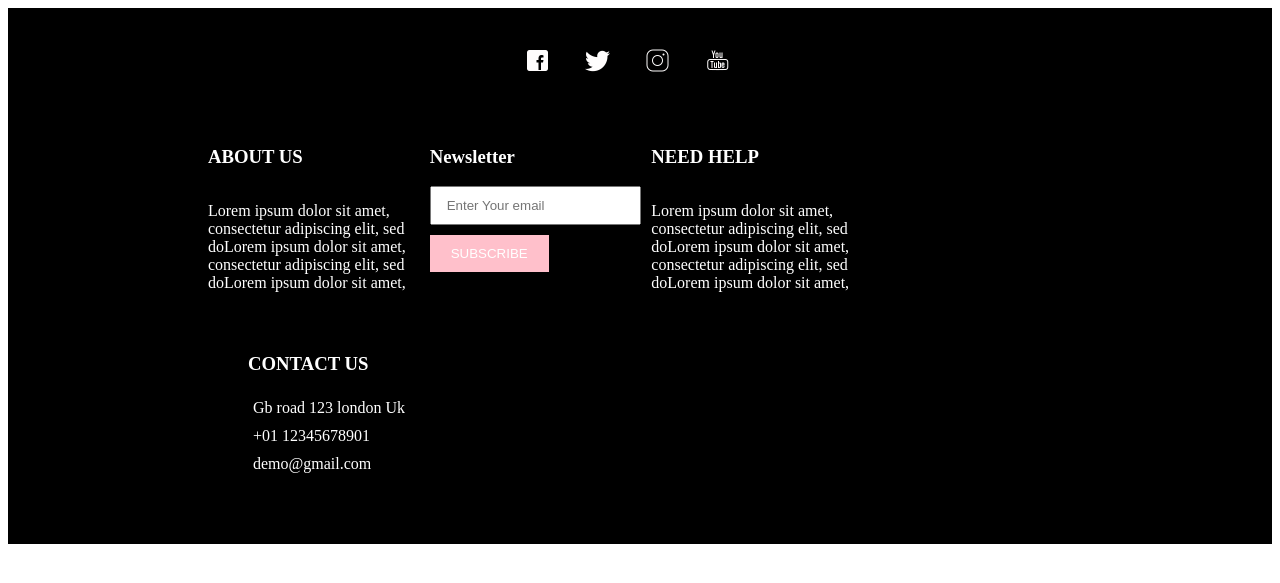
Repository: AVINKUMARP/gifts
Page: demo3.html
These files come from the project's save history. The page is drawn as it stood at one moment and after the next save; the edit follows.
The browser window is 1280 px wide. The pictures show the whole page.

Above is the page before, as saved 2023-08-24 15:49:43.

### demo3.html
<!DOCTYPE html>
<html lang="en">
<head>
    <meta charset="UTF-8">
    <meta name="viewport" content="width=device-width, initial-scale=1.0">
    <title>Document</title>
    <style>
        .container2{
            background-color:black;
            color: white;
        }
        .ticon{
            display: flex;
            flex-wrap: wrap;
            gap: 10px;
            justify-content: center;
            padding-top: 40px;
        }
        .list{
            display: flex;
            flex-wrap: wrap;
            gap: 10px;
        }
        .lone{
            display: flex;
            flex-direction: column;
            flex-wrap: wrap;
            width: 24.5%;
        }
        .ltwo{
            display: flex;
            flex-direction: column;
            flex-wrap: wrap;
            width: 24.5%;
        }
        .lthree{
            display: flex;
            flex-direction: column;
            flex-wrap: wrap;
            width: 24.5%;
        }
        .lfour{
            display: flex;
            flex-direction: column;
            flex-wrap: wrap;
            width: 24.5%;
        }
        .ltwo input{
            padding: 10px 15px;
        }
        .ltwo button{
            background-color:pink;
            color:white;
            padding: 10px 20px;
            border:1px solid pink;
        }
        .lone p{
            text-align: start;
        }
        .lthree p{
            text-align: start;
        }
        .lfour li{
            padding: 5px;
        }
        .but1111{
            padding-top: 10px;
        }
        .list{
            padding: 50px 200px;
        }
    </style>
</head>
<body>
    <div class="container2">
        <div class="ticon">
            <div class="one"><a href="">
                <img src="./images/icons8-facebook-50.png" alt="loading..." width="50%"></a>
            </div>
            <div class="two">
                <img src="./images/icons8-twitter-50.png" alt="loading..."width="50%">
            </div>
            <div class="three">
                <a href=""><img src="./images/icons8-instagram-50.png" alt="loading..." width="50%"></a>
            </div>
            <div class="four">
                <img src="./images/icons8-youtube-50.png" alt="loading..." width="50%">
            </div>
        </div>
        <div class="list">
            <div class="lone">
                <h3>ABOUT US</h3>
                <p>Lorem ipsum dolor sit amet, consectetur adipiscing elit, sed doLorem ipsum dolor sit amet, consectetur adipiscing elit, sed doLorem ipsum dolor sit amet,</p>
            </div>
            <div class="ltwo">
                <h3>
                    Newsletter
                </h3>
                <input type="email" placeholder="Enter Your email">
                <div class="but1111"><button>SUBSCRIBE</button></div>

            </div>
            <div class="lthree">
                <h3>NEED HELP</h3>
                <p>Lorem ipsum dolor sit amet, consectetur adipiscing elit, sed doLorem ipsum dolor sit amet, consectetur adipiscing elit, sed doLorem ipsum dolor sit amet,</p>
            </div>
            <div class="lfour">
                <ul type="none">
                    <h3>CONTACT US</h3>
                    <li>Gb road 123 london Uk</li>
                    <li>+01 12345678901</li>
                    <li>demo@gmail.com</li>
                </ul>
            </div>
        </div>
    </div>
</body>
</html>

After the next save:
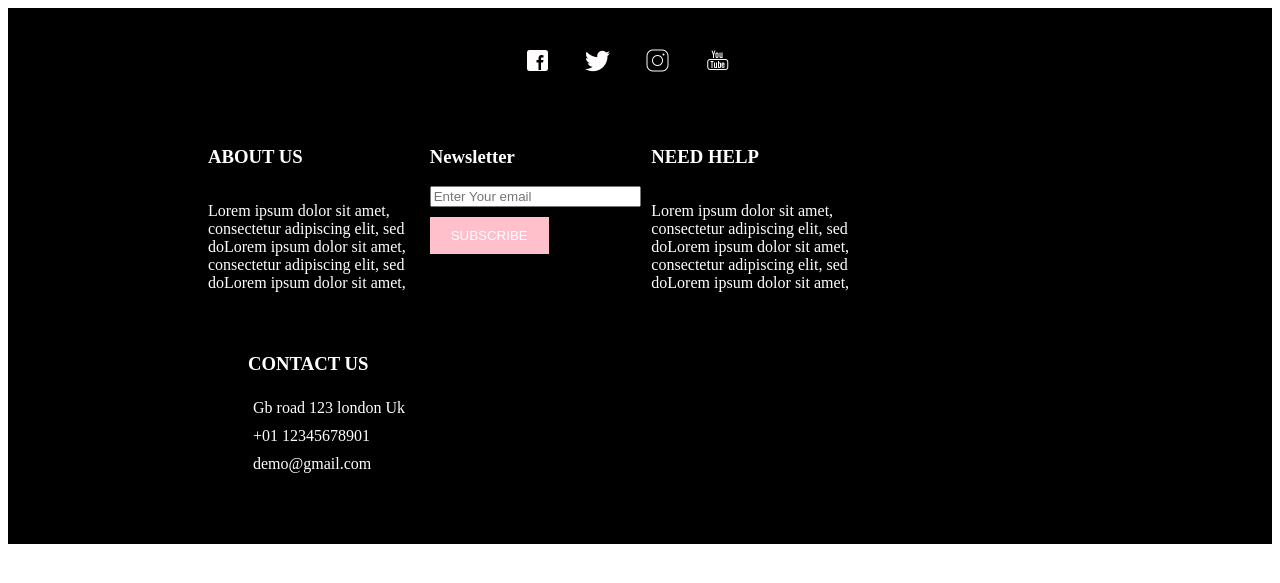
Saved 9 s later.
--- a/demo3.html
+++ b/demo3.html
@@ -46,7 +46,7 @@
             width: 24.5%;
         }
         .ltwo input{
-            padding: 10px 15px;
+            padding: 10px px;
         }
         .ltwo button{
             background-color:pink;
